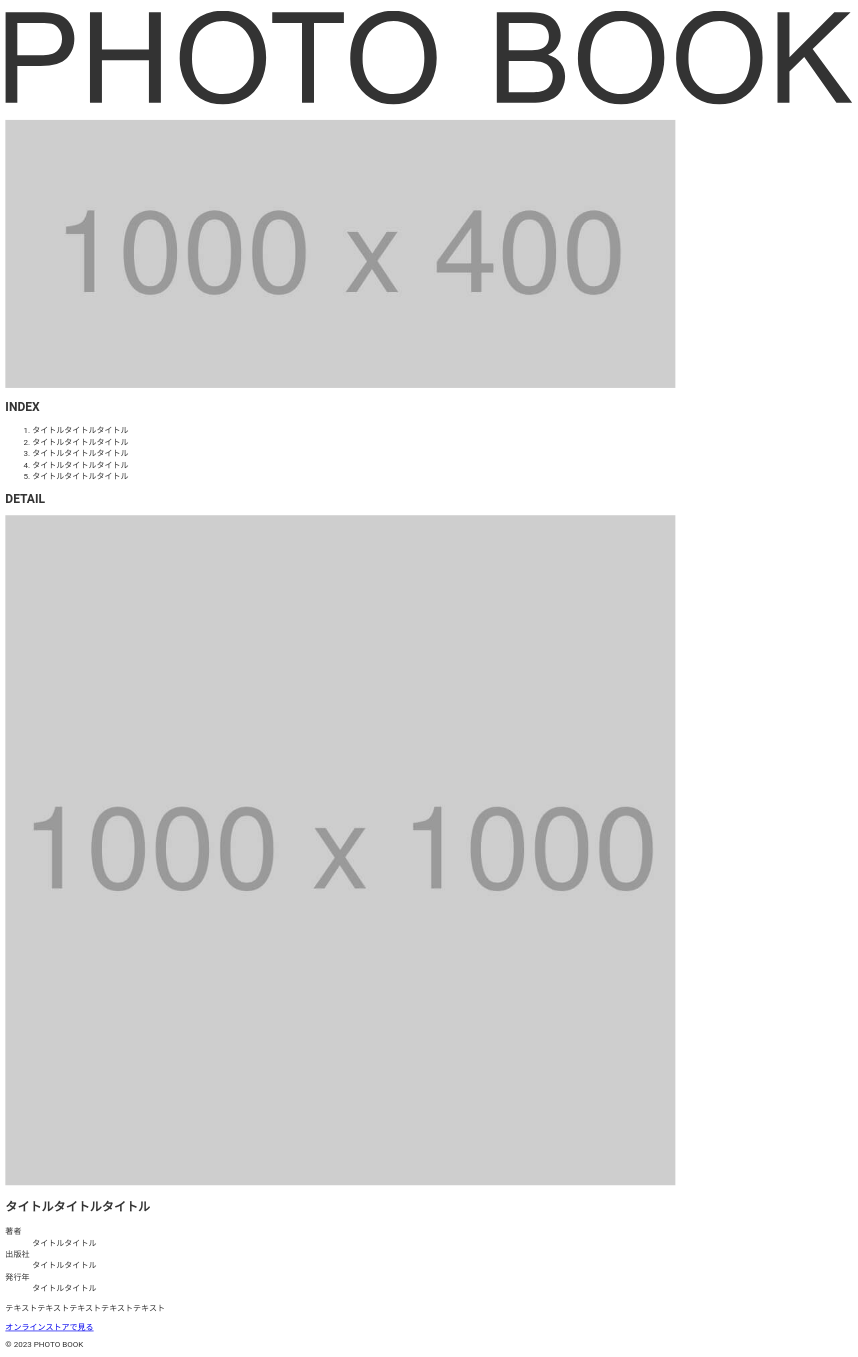
Repository: Fuki-san/photo-book-1
Page: http://localhost/photo
These files come from the project's save history. The page is drawn as it stood at one moment and after the next save; the edit follows.
The browser window is 1280 px wide. The pictures show the whole page, at 67% of full size.
The page is served by the project's Laravel application, run on PHP 8.4 with Laravel 10.

Above is the page before, as saved 2023-11-28 15:51:05.

After the next save:
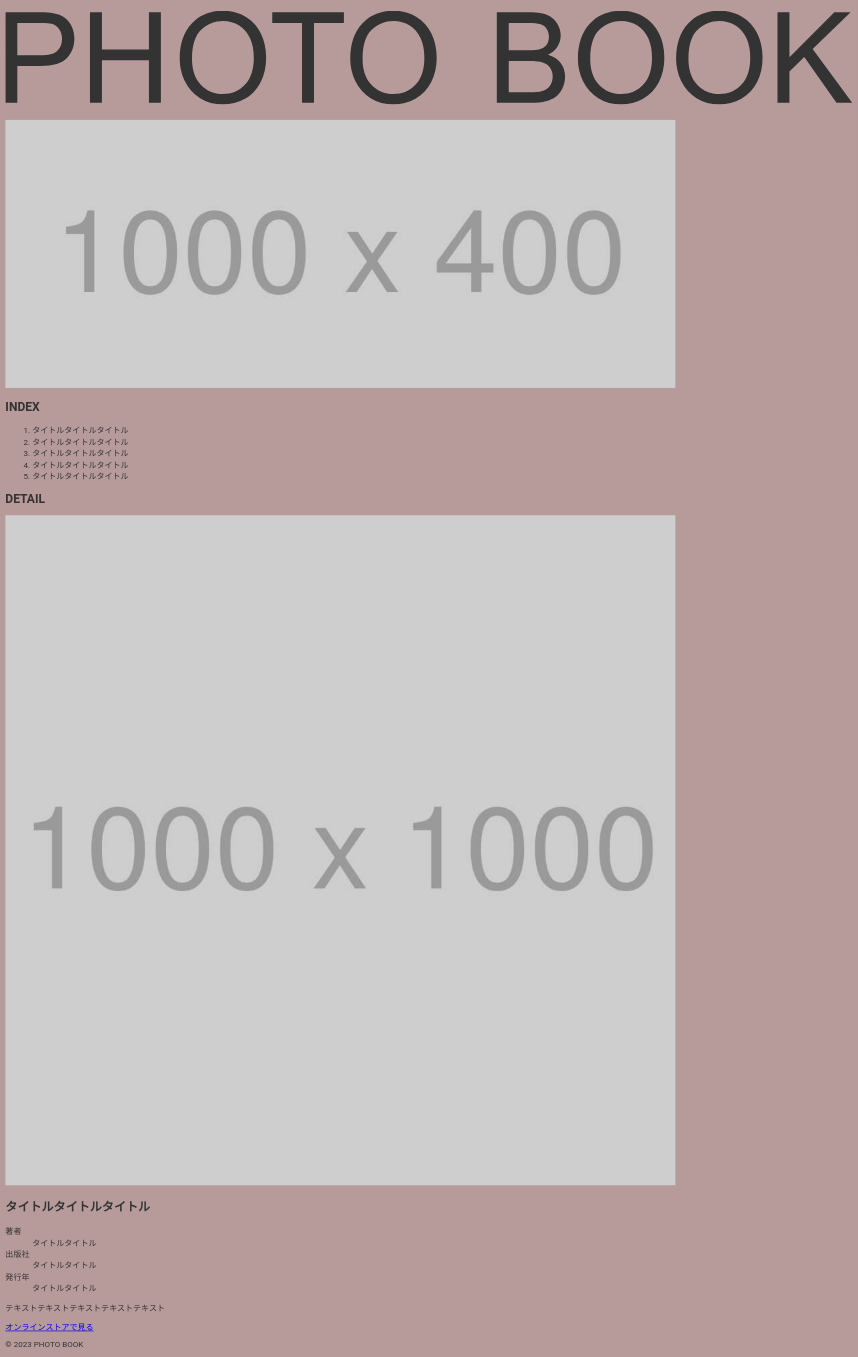
Saved 6 s later.
--- a/public/css/style.css
+++ b/public/css/style.css
@@ -10,5 +10,5 @@ body{
     font-family: 'Roboto', sans-serif;
     font-size: 0.75rem;
     color: #333;
-    background-color: #fff;
+    background-color: #b79b9b;
 }
